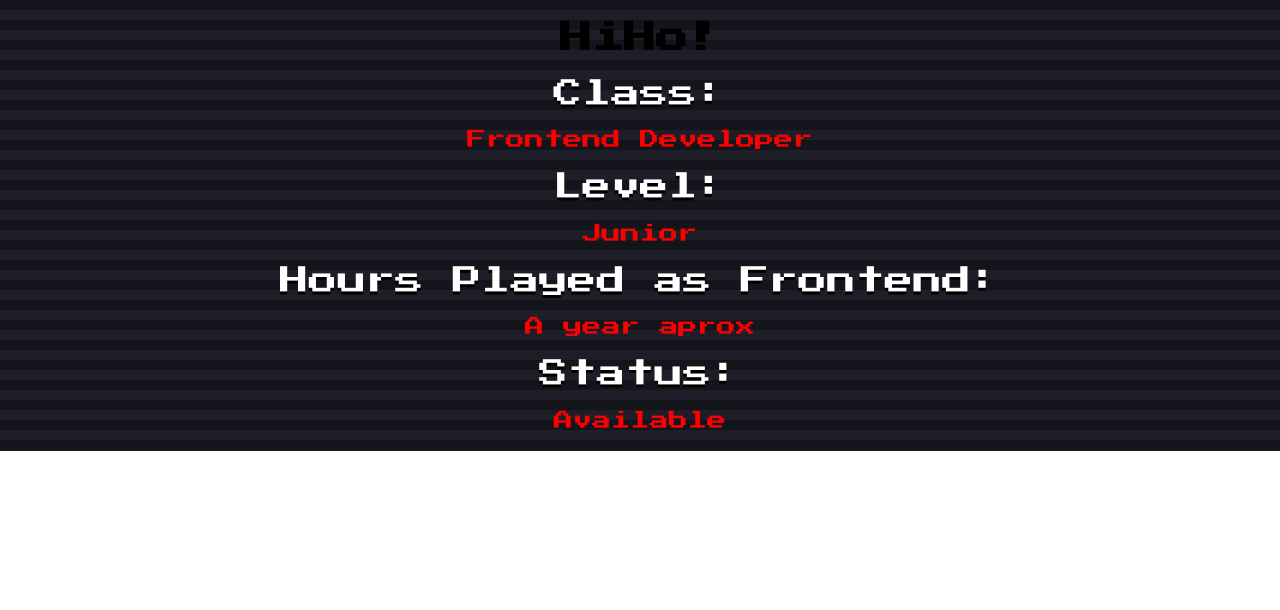
Repository: sernalab/soon
Page: index.html
The author's editor kept a copy of each file at every save. The page is drawn from the files as they stood at one save, then again after the next save.
The browser window is 1280 px wide. The pictures show the whole page.
Some web fonts or font styles are not loaded; a fallback is used.

Above is the page before, as saved 2018-12-27 00:27:00.

### index.html
<!DOCTYPE html>
<html lang="en">

<head>
    <meta charset="UTF-8">
    <meta name="viewport" content="width=device-width, initial-scale=1.0">
    <meta http-equiv="X-UA-Compatible" content="ie=edge">
    <title>Lulz</title>
    <link rel="stylesheet" href="css/styles.css">
    <link href="https://fonts.googleapis.com/css?family=Aldrich" rel="stylesheet">
    <link href="https://fonts.googleapis.com/css?family=Press+Start+2P" rel="stylesheet">

</head>

<body>
    <main>
        <h1>HiHo!</h1>
        <span>Class:</span>
        <p> Frontend Developer</p>
        <span>Level:</span>
        <p>Junior</p>
        <span>Hours Played as Frontend:</span>
        <p>A year aprox</p>
        <span>Status:</span>
        <p>Available</p>
        <!-- 14151b 1d1e27-->
    </main>
</body>

<script>
    // google analitycs
</script>

</html>

### css/styles.css
/*! normalize.css v8.0.1 | MIT License | github.com/necolas/normalize.css */


/* Document
   ========================================================================== */


/**
 * 1. Correct the line height in all browsers.
 * 2. Prevent adjustments of font size after orientation changes in iOS.
 */

html {
    line-height: 1.15;
    /* 1 */
    -webkit-text-size-adjust: 100%;
    /* 2 */
}


/* Sections
   ========================================================================== */


/**
 * Remove the margin in all browsers.
 */

body {
    margin: 0;
}


/**
 * Render the `main` element consistently in IE.
 */

main {
    display: block;
}


/**
 * Correct the font size and margin on `h1` elements within `section` and
 * `article` contexts in Chrome, Firefox, and Safari.
 */

h1 {
    font-size: 2em;
    margin: 0.67em 0;
}


/* Grouping content
   ========================================================================== */


/**
 * 1. Add the correct box sizing in Firefox.
 * 2. Show the overflow in Edge and IE.
 */

hr {
    box-sizing: content-box;
    /* 1 */
    height: 0;
    /* 1 */
    overflow: visible;
    /* 2 */
}


/**
 * 1. Correct the inheritance and scaling of font size in all browsers.
 * 2. Correct the odd `em` font sizing in all browsers.
 */

pre {
    font-family: monospace, monospace;
    /* 1 */
    font-size: 1em;
    /* 2 */
}


/* Text-level semantics
   ========================================================================== */


/**
 * Remove the gray background on active links in IE 10.
 */

a {
    background-color: transparent;
}


/**
 * 1. Remove the bottom border in Chrome 57-
 * 2. Add the correct text decoration in Chrome, Edge, IE, Opera, and Safari.
 */

abbr[title] {
    border-bottom: none;
    /* 1 */
    text-decoration: underline;
    /* 2 */
    text-decoration: underline dotted;
    /* 2 */
}


/**
 * Add the correct font weight in Chrome, Edge, and Safari.
 */

b,
strong {
    font-weight: bolder;
}


/**
 * 1. Correct the inheritance and scaling of font size in all browsers.
 * 2. Correct the odd `em` font sizing in all browsers.
 */

code,
kbd,
samp {
    font-family: monospace, monospace;
    /* 1 */
    font-size: 1em;
    /* 2 */
}


/**
 * Add the correct font size in all browsers.
 */

small {
    font-size: 80%;
}


/**
 * Prevent `sub` and `sup` elements from affecting the line height in
 * all browsers.
 */

sub,
sup {
    font-size: 75%;
    line-height: 0;
    position: relative;
    vertical-align: baseline;
}

sub {
    bottom: -0.25em;
}

sup {
    top: -0.5em;
}


/* Embedded content
   ========================================================================== */


/**
 * Remove the border on images inside links in IE 10.
 */

img {
    border-style: none;
}


/* Forms
   ========================================================================== */


/**
 * 1. Change the font styles in all browsers.
 * 2. Remove the margin in Firefox and Safari.
 */

button,
input,
optgroup,
select,
textarea {
    font-family: inherit;
    /* 1 */
    font-size: 100%;
    /* 1 */
    line-height: 1.15;
    /* 1 */
    margin: 0;
    /* 2 */
}


/**
 * Show the overflow in IE.
 * 1. Show the overflow in Edge.
 */

button,
input {
    /* 1 */
    overflow: visible;
}


/**
 * Remove the inheritance of text transform in Edge, Firefox, and IE.
 * 1. Remove the inheritance of text transform in Firefox.
 */

button,
select {
    /* 1 */
    text-transform: none;
}


/**
 * Correct the inability to style clickable types in iOS and Safari.
 */

button,
[type="button"],
[type="reset"],
[type="submit"] {
    -webkit-appearance: button;
}


/**
 * Remove the inner border and padding in Firefox.
 */

button::-moz-focus-inner,
[type="button"]::-moz-focus-inner,
[type="reset"]::-moz-focus-inner,
[type="submit"]::-moz-focus-inner {
    border-style: none;
    padding: 0;
}


/**
 * Restore the focus styles unset by the previous rule.
 */

button:-moz-focusring,
[type="button"]:-moz-focusring,
[type="reset"]:-moz-focusring,
[type="submit"]:-moz-focusring {
    outline: 1px dotted ButtonText;
}


/**
 * Correct the padding in Firefox.
 */

fieldset {
    padding: 0.35em 0.75em 0.625em;
}


/**
 * 1. Correct the text wrapping in Edge and IE.
 * 2. Correct the color inheritance from `fieldset` elements in IE.
 * 3. Remove the padding so developers are not caught out when they zero out
 *    `fieldset` elements in all browsers.
 */

legend {
    box-sizing: border-box;
    /* 1 */
    color: inherit;
    /* 2 */
    display: table;
    /* 1 */
    max-width: 100%;
    /* 1 */
    padding: 0;
    /* 3 */
    white-space: normal;
    /* 1 */
}


/**
 * Add the correct vertical alignment in Chrome, Firefox, and Opera.
 */

progress {
    vertical-align: baseline;
}


/**
 * Remove the default vertical scrollbar in IE 10+.
 */

textarea {
    overflow: auto;
}


/**
 * 1. Add the correct box sizing in IE 10.
 * 2. Remove the padding in IE 10.
 */

[type="checkbox"],
[type="radio"] {
    box-sizing: border-box;
    /* 1 */
    padding: 0;
    /* 2 */
}


/**
 * Correct the cursor style of increment and decrement buttons in Chrome.
 */

[type="number"]::-webkit-inner-spin-button,
[type="number"]::-webkit-outer-spin-button {
    height: auto;
}


/**
 * 1. Correct the odd appearance in Chrome and Safari.
 * 2. Correct the outline style in Safari.
 */

[type="search"] {
    -webkit-appearance: textfield;
    /* 1 */
    outline-offset: -2px;
    /* 2 */
}


/**
 * Remove the inner padding in Chrome and Safari on macOS.
 */

[type="search"]::-webkit-search-decoration {
    -webkit-appearance: none;
}


/**
 * 1. Correct the inability to style clickable types in iOS and Safari.
 * 2. Change font properties to `inherit` in Safari.
 */

::-webkit-file-upload-button {
    -webkit-appearance: button;
    /* 1 */
    font: inherit;
    /* 2 */
}


/* Interactive
   ========================================================================== */


/*
 * Add the correct display in Edge, IE 10+, and Firefox.
 */

details {
    display: block;
}


/*
 * Add the correct display in all browsers.
 */

summary {
    display: list-item;
}


/* Misc
   ========================================================================== */


/**
 * Add the correct display in IE 10+.
 */

template {
    display: none;
}


/**
 * Add the correct display in IE 10.
 */

[hidden] {
    display: none;
}


/* custom css */

body {
    font-family: 'Press Start 2P';
    background: repeating-linear-gradient( #14151b, #14151b 10px, #1d1e27 10px, #1d1e27 20px);
    background-repeat: no-repeat;
    height: -webkit-fill-available;
}

main {
    display: flex;
    flex-direction: column;
    align-items: center;
}

h1 {
    margin: 20px 0;
}

span {
    color: white;
    font-size: 1.8em;
    text-shadow: 0 .1em 0 #000;
}

p {
    font-size: 1.2em;
    color: red;
}

After the next save:
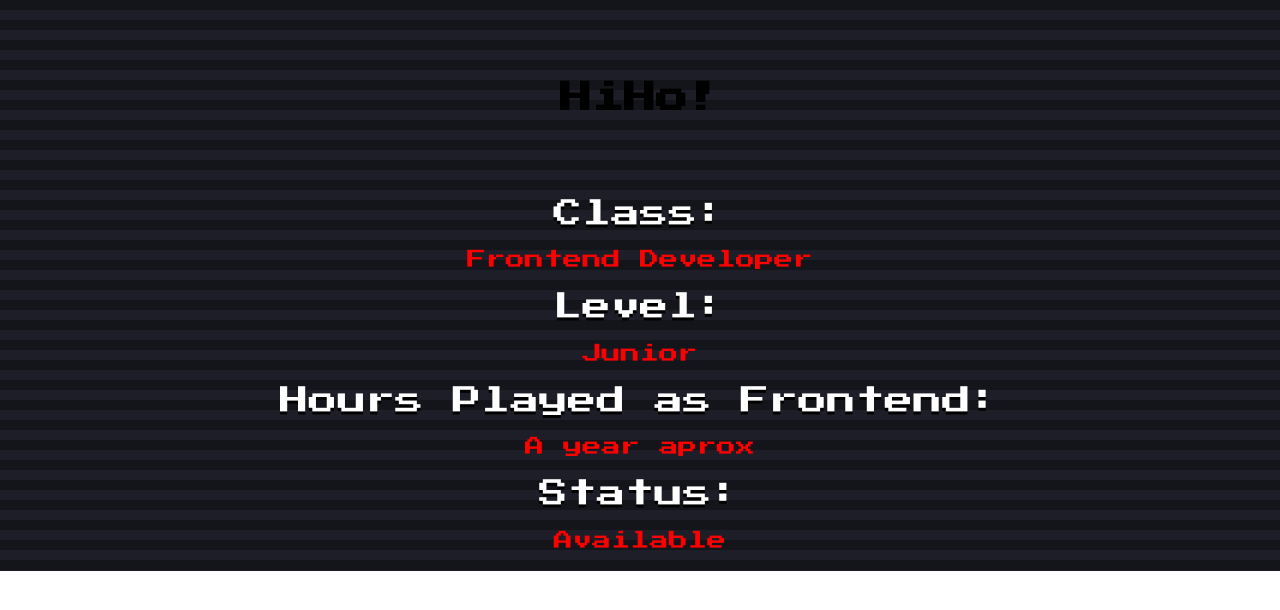
Saved 4 s later.
--- a/css/styles.css
+++ b/css/styles.css
@@ -435,7 +435,7 @@ main {
 }
 
 h1 {
-    margin: 20px 0;
+    margin: 80px 0;
 }
 
 span {
